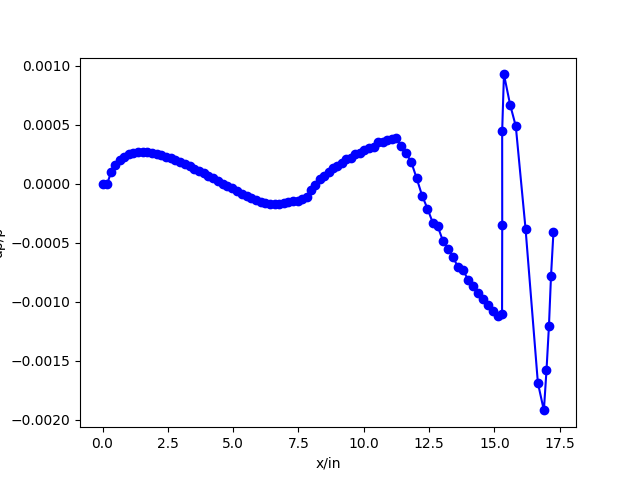
Repository: leiradom/Modified-linear-theory
Script's output: python 2_F_function.py
These files come from the project's save history. The script's output is drawn as it stood at one moment and after a run of saves; the edit follows.
Random numbers start from a fixed seed.

Above is the script's output before, as saved 2021-04-05 15:18:17.

After the next 2 saves:
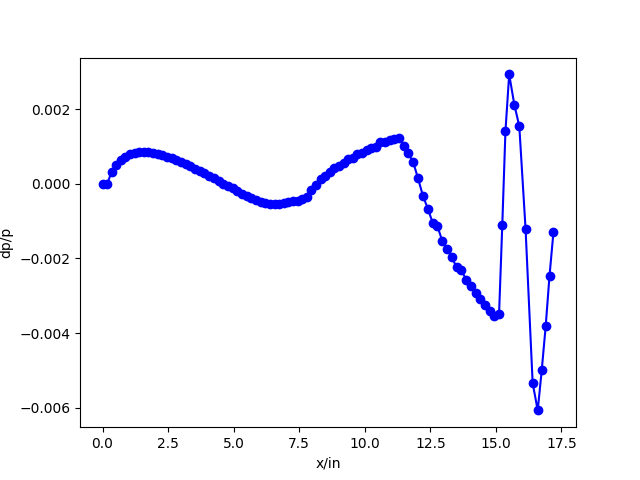
The 2 saves are shown as one change because 1 did not build or start.
The last was saved 41 s later.
--- a/2_F_function.py
+++ b/2_F_function.py
@@ -12,7 +12,7 @@ P0 = 101325                 #输入大气静压
 gama = 1.4                  #比热比
 B = math.sqrt(M * M - 1)    #修正因子
 k = (1 / math.sqrt(2)) * (gama + 1) * M**4 * B**(-1.5)   #特征性系数k
-r0 = 63.072                      #r0为计算的位置  DWB为63.072
+r0 = 6.3                      #r0为计算的位置  DWB为63.072
 con = (gama * M**2)/(math.sqrt(2 * B * r0))
 
 
